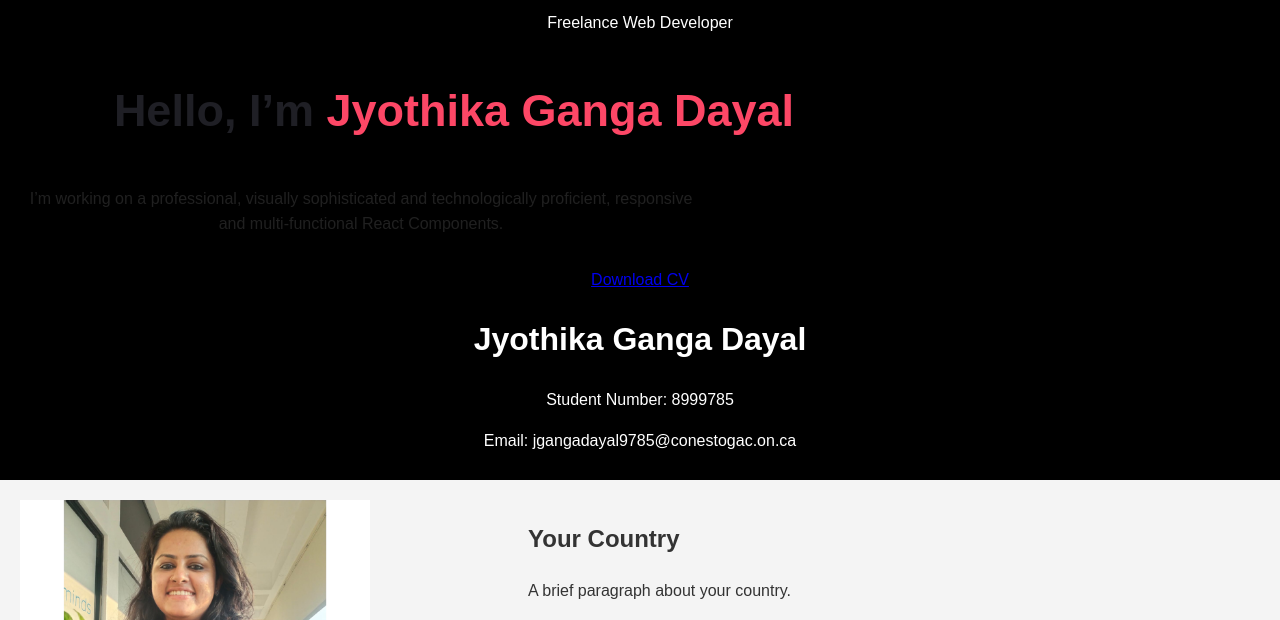
Repository: jyothika123/portfolio
Page: index.html
An editor plug-in stored every save of this project. The page is shown before and after the next save, followed by the edit.
The browser window is 1280 px wide. The pictures show the part of the page from y = 0 to 620 px (the page is 1286 px tall).
Pictures or frames that could not be fetched are drawn as grey boxes.

Above is the page before, as saved 2024-09-22 15:20:12.

After the next save:
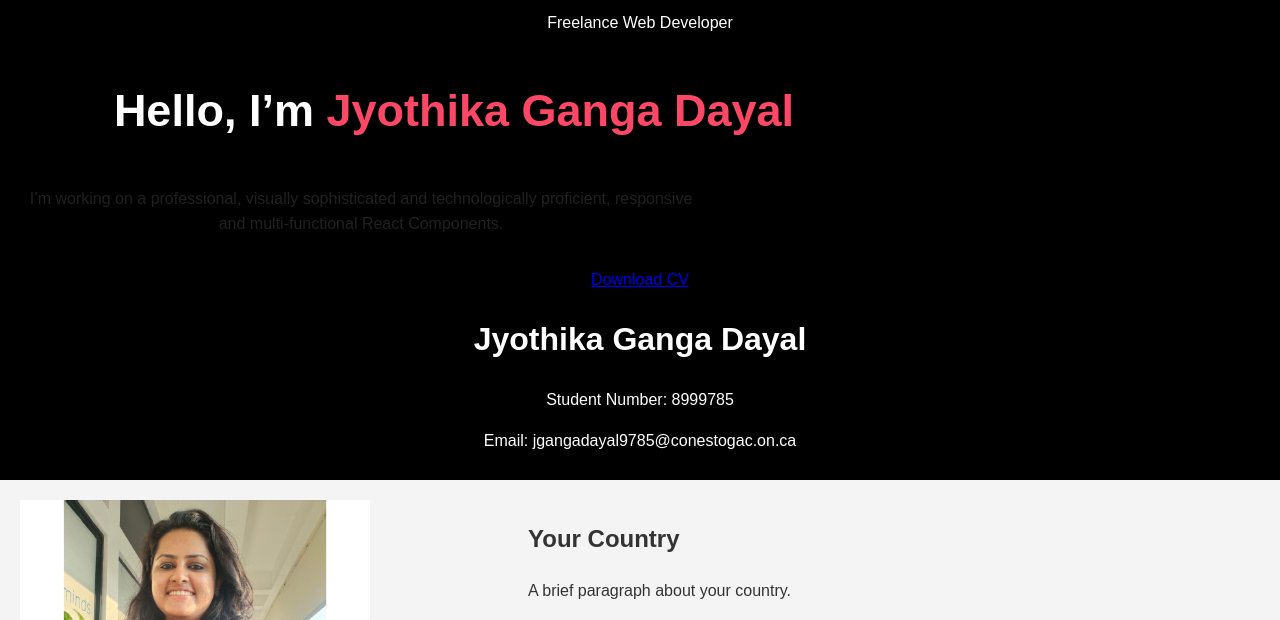
Saved 30 s later.
--- a/css/style.css
+++ b/css/style.css
@@ -53,7 +53,7 @@ footer {
 }
 
 .content h1 {
-    color: #1f1f25;
+    color: #ffffff;
     font-size: 45px;
     font-weight: 900;
     line-height: 90px;
